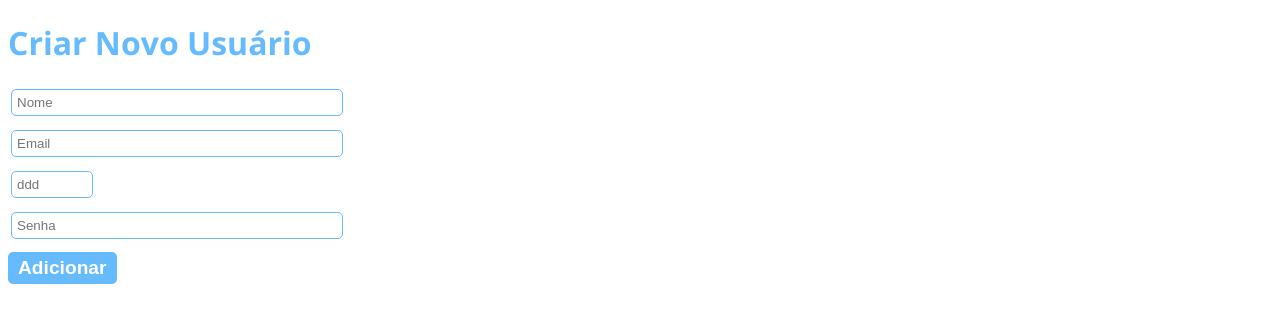
Repository: AbnerRS/DesafioSefaz
Page: DesafioSefaz/src/main/webapp/novo.html
The author's editor kept a copy of each file at every save. The page is drawn from the files as they stood at one save, then again after the next save.
The browser window is 1280 px wide. The pictures show the whole page.

Above is the page before, as saved 2021-07-31 14:48:14.

### DesafioSefaz/src/main/webapp/novo.html
<!DOCTYPE html>
<html lang="pt-br">
<head>
<meta charset="utf-8">
<title>Cadastro</title>
<link rel="icon" href="imagens/favicon.png">
<link rel="stylesheet" href="style.css">
</head>
<body>
	<h1>Criar Novo Usuário</h1>
	<form name="frmUsuario" action="insert">
		<table>
			<tr>
				<td><input type="text" name="nome" placeholder="Nome" class="Caixa1"></td>
			</tr>
			<tr>
				<td><input type="text" name="email" placeholder="Email" class="Caixa1"></td>
			</tr>
			<tr>
				<td><input type="tel" name="telefone" placeholder="ddd" class="Caixa2"></td>
			</tr>
			<tr>
				<td><input type="password" name="senha" placeholder="Senha" class="Caixa1"></td>
			</tr>
		</table>
		<input type="button" value="Adicionar" class="Botao" onclick="validar()">
	</form>

	<script src="scripts/validador.js"></script>
</body>
</html>

### DesafioSefaz/src/main/webapp/style.css
@charset "utf-8";

@import
	url('https://fonts.googleapis.com/css2?family=Open+Sans:wght@400;700&display=swap')
	;

body {
	font-family: 'Open Sans', sans-serif;
	font-size: 1em;
	font-weight: 400;
}

h1 {
	color: #66bbff;
}

.Botao {
	text-decoration: none;
	background-color: #66bbff;
	padding: 5px 10px 5px 10px;
	color: #fff;
	font-size: 1.2em;
	font-weight: 700;
	border-radius: 5px;
	border: 0;
	cursor: pointer;
}

.Botao2 {
	text-decoration: none;
	background-color: #d51213;
	padding: 5px 10px 5px 10px;
	color: #fff;
	font-size: 1.2em;
	font-weight: 700;
	border-radius: 5px;
}

.Caixa1 {
	width: 320px;
	padding: 5px;
	margin-bottom: 10px;
	border: 1px solid #66bbff;
	border-radius: 5px;
}

.Caixa2 {
	padding: 5px;
	width: 70px;
	margin-bottom: 10px;
	border: 1px solid #66bbff;
	border-radius: 5px;
	padding: 5px;
}

#caixa3 {
	padding: 5px;
	margin-bottom: 10px;
	border: 1px solid #ff0000;
}

#tabela {
	margin-bottom: 30px;
	border-collapse: collapse;
}

#tabela th {
	border: 1px solid #ddd;
	padding: 10px;
	text-align: left;
	background-color: #66bbff;
	color: #fff;
}

#tabela td {
	border: 1px solid #ddd;
	padding: 10px;
}

### DesafioSefaz/src/main/webapp/scripts/validador.js
/**
 * Validação de Formulário
 */

function validar() {
	let nome = frmUsuario.nome.value
	let email = frmUsuario.email.value
	let telefone = frmUsuario.telefone.value
	let senha = frmUsuario.senha.value

	if (nome === "") {
		alert('Preencha o campo Nome')
		frmUsuario.nome.focus()
		return false
	} else if (email === "") {
		alert('Preencha o campo E-mail')
		frmUsuario.email.focus()
		return false
	} else if (telefone === "") {
		alert('Preencha o campo Telefone')
		frmUsuario.telefone.focus()
		return false
	} else if (senha === "") {
		alert('Preencha o campo Senha')
		frmUsuario.senha.focus()
		return false
	}else{
		document.forms["frmUsuario"].submit()
	}
}

After the next save:
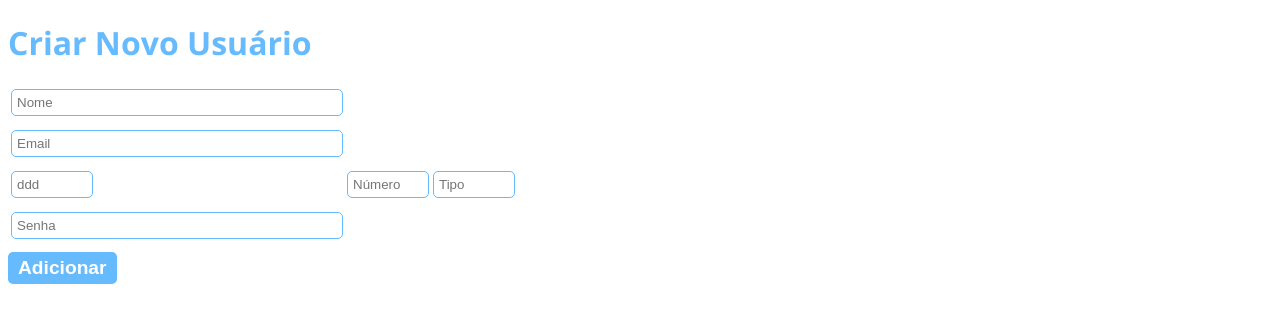
Saved 89 s later.
--- a/DesafioSefaz/src/main/webapp/novo.html
+++ b/DesafioSefaz/src/main/webapp/novo.html
@@ -18,6 +18,8 @@
 			</tr>
 			<tr>
 				<td><input type="tel" name="telefone" placeholder="ddd" class="Caixa2"></td>
+				<td><input type="tel" name="telefone" placeholder="Número" class="Caixa2"></td>
+				<td><input type="tel" name="telefone" placeholder="Tipo" class="Caixa2"></td>
 			</tr>
 			<tr>
 				<td><input type="password" name="senha" placeholder="Senha" class="Caixa1"></td>
